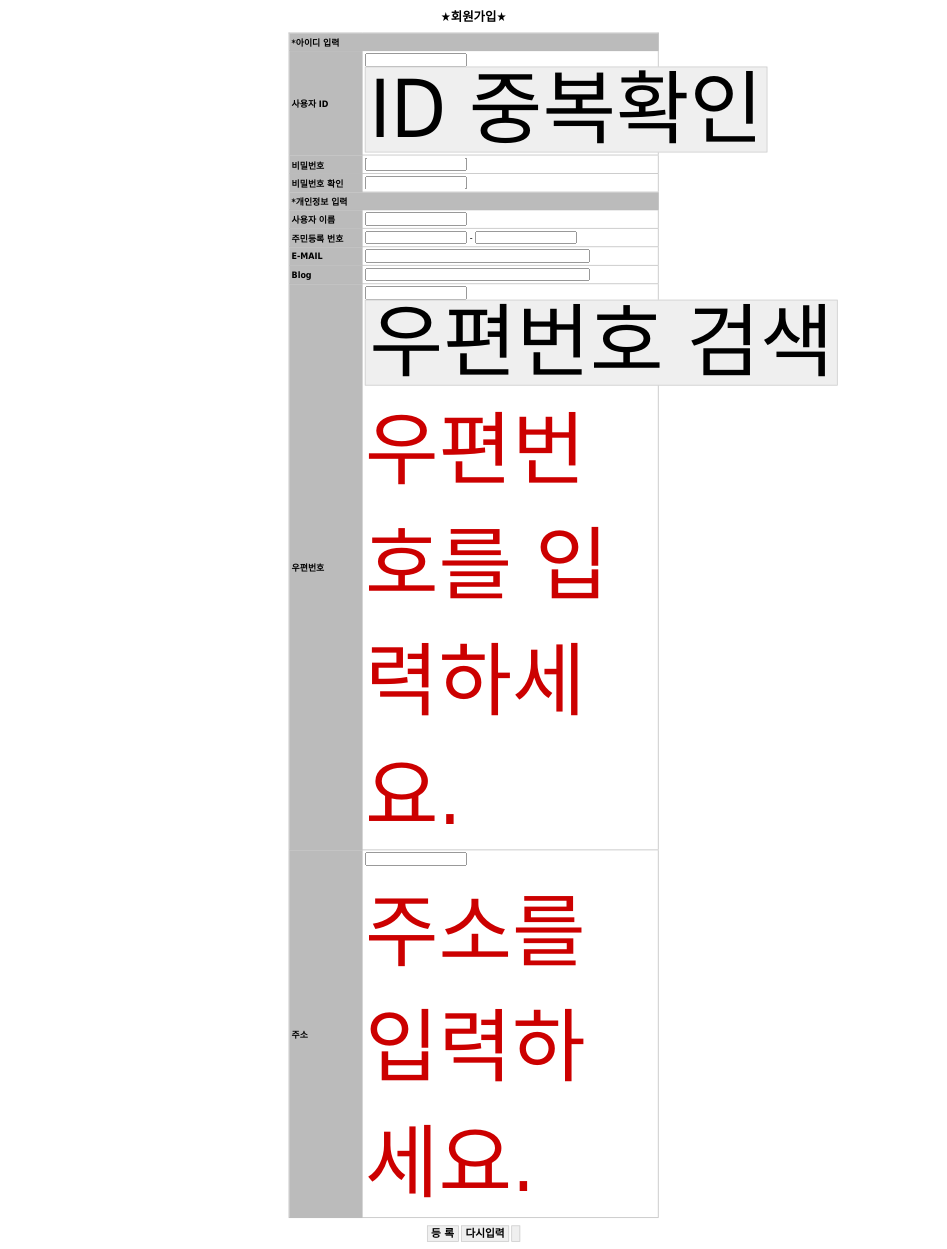
Repository: eParkjongtaek/lovedisket
Page: http://localhost/KH18_1/0904/inputForm.jsp
The author's editor kept a copy of each file at every save. The page is drawn from the files as they stood at one save, then again after the next save.
The browser window is 1280 px wide. The pictures show the whole page, at 74% of full size.
The page is served by Tomcat 9. Other server files are loaded and not shown.

Above is the page before, as saved 2017-09-04 04:33:25.

### source/KH18_1/WebContent/0904/inputForm.jsp
<%@ page language="java" contentType="text/html; charset=EUC-KR"
    pageEncoding="EUC-KR"%>
<!DOCTYPE html PUBLIC "-//W3C//DTD HTML 4.01 Transitional//EN" "http://www.w3.org/TR/html4/loose.dtd">
<html>
<head>
<meta http-equiv="Content-Type" content="text/html; charset=EUC-KR">
<title>회원가입</title>
<link href="style.css" rel="stylesheet" type="text/css" />

<script type="text/javascript">

function checkIt()
{
	var userinput = eval("document.userinput");
	if(!userinput.id.value)
	{
		alert("ID를 입력하세요!");
		return false;
	}

	if(!userinput.passwd.value)
	{
		alert("비밀번호를 입력하세요!");
		return false;
	}

	if(userinput.passwd.value != userinput.passwd2.value)
	{
		alert("비밀번호가 같아요~");
		return false;
	}

	if(!userinput.name.value)
	{
		alert("이름을 입력하세요!");
		return false;
	}

	if(!userinput.jumin1.value || !userinput.jumin2.value)
	{
		alert("주민등록번호를 입력하세요!");
		return false;
	}


}

</script>

</head>
<body>
<div id="wrap">
	<form action="inputPro.jsp" name="userinput" onsubmit="return checkIt();" method="post">

		<h1>★회원가입★</h1>
		<div id="body">

			<table width="500px;">

				<colgroup>
					<col width="20%"/>
					<col width="*"/>
				</colgroup>

				<tr>
					<th colspan="2" class="subTitle">*아이디 입력</th>
				</tr>
				<tr>
					<th>사용자 ID</th>
					<td>
						<input type="text" name="id" maxlength="12" />
						<input type="button" name="confirm_id" value="ID 중복확인" class="inputBtn" onclick="javascript:openConfirmid(this.form);" />
					</td>
				</tr>
				<tr>
					<th>비밀번호</th>
					<td>
						<input type="password" name="passwd" maxlength="12" />
					</td>
				</tr>
				<tr>
					<th>비밀번호 확인</th>
					<td>
						<input type="password" name="passwd2" maxlength="12" />
					</td>
				</tr>
				<tr>
					<th colspan="2" class="subTitle">*개인정보 입력</th>
				</tr>
				<tr>
					<th>사용자 이름</th>
					<td><input type="text" name="name" maxlength="10" />
				</tr>
				<tr>
					<th>주민등록 번호</th>
					<td>
						<input type="text" name="jumin1" maxlength="6" /> -
						<input type="password" name="jumin2" maxlength="7" />
					</td>
				</tr>
				<tr>
					<th>E-MAIL</th>
					<td>
						<input type="text" name="email" class="w300" maxlength="30" />
					</td>
				</tr>
				<tr>
					<th>Blog</th>
					<td>
						<input type="text" name="blog" class="w300" maxlength="50" />
					</td>
				</tr>
				<tr>
					<th>우편번호</th>
					<td>
						<input type="text" name="zipcode" /><input type="button" value="우편번호 검색" class="inputBtn" onclick="javascript:zipCheck();" />
						<span>우편번호를 입력하세요.</span>
					</td>
				</tr>
				<tr>
					<th>주소</th>
					<td>
						<input type="text" name="address" class="w380" />
						<span class="descB">주소를 입력하세요.</span>
					</td>
				</tr>
			</table>
		</div>
		<div id="footer">
			<input type="submit" name="confirm" class="inputBtn" value="등 록" />
			<input type="reset" name="reset" class="inputBtn" value="다시입력" />
			<input type="button" class="inputBtn" onclick="javascript:window.location='main.jsp'" />
		</div>

	</form>
</div>
</body>
</html>

### source/KH18_1/WebContent/0904/style.css
* {padding:0;margin:0;}
html {font-family: Tahoma, Dotum, "돋움"; font-size: 0.75em; }
body {font-size:1em;text-align:left;}
#wrap {width:500px; margin:0 auto; text-align:left;}
#footer {text-align:center; padding:10px 0;}
#footer input {vertical-align:middle;}
fieldset {border:none;}
legend {display:none; visibility:hidden;}
table {table-layout: fixed; border-collapse: collapse; padding: 0; border-style:solid; border-width:1px 1px 0 1px; border-color:#bbb;}
th {text-align:left; padding:3px; border-collapse:0; border-style:solid; border-width:0 0 1px 0;border-color:#bbb; background:#bbb;}
td {text-align:left; border-collapse:0; border-style:solid; border-width:0 0 1px 0; border-color:#bbb;padding:3px;}
input {font-family:Tahoma, Dotum, "돋움"; font-size:1em;}
td span {font-size:9em; color:#cc0000;}
h1 {font-size:1.4em; text-align:center; padding:10px 0;}
.w300 {width:300px;}
.w380 {wdith:380px;}
.descB {padding:2px 0; display:block;}
th .subTitle {color:#339900; background:#fff !important; padding:8px 0 8px 5px;}
.inputBtn {border:1px solid #ccc; padding:3px 5px; line-height:1em; font-size:9em;}
#footer .inputBtn {font-size:1.2em; font-weight:bold;}

After the next save:
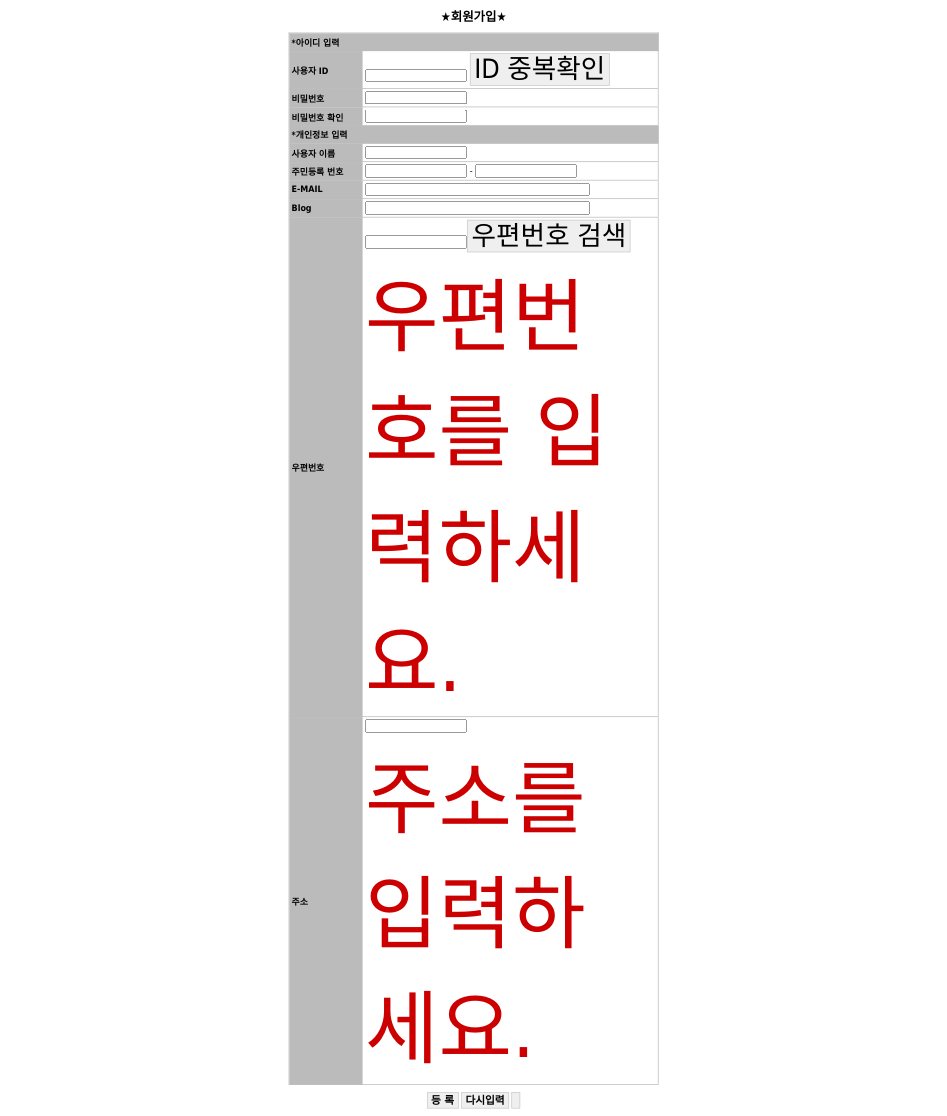
Saved 92 s later.
--- a/source/KH18_1/WebContent/0904/style.css
+++ b/source/KH18_1/WebContent/0904/style.css
@@ -16,5 +16,5 @@
 .w380 {wdith:380px;}
 .descB {padding:2px 0; display:block;}
 th .subTitle {color:#339900; background:#fff !important; padding:8px 0 8px 5px;}
-.inputBtn {border:1px solid #ccc; padding:3px 5px; line-height:1em; font-size:9em;}
+.inputBtn {border:1px solid #ccc; padding:3px 5px; line-height:1em; font-size:3em;}
 #footer .inputBtn {font-size:1.2em; font-weight:bold;}

After the save that followed:
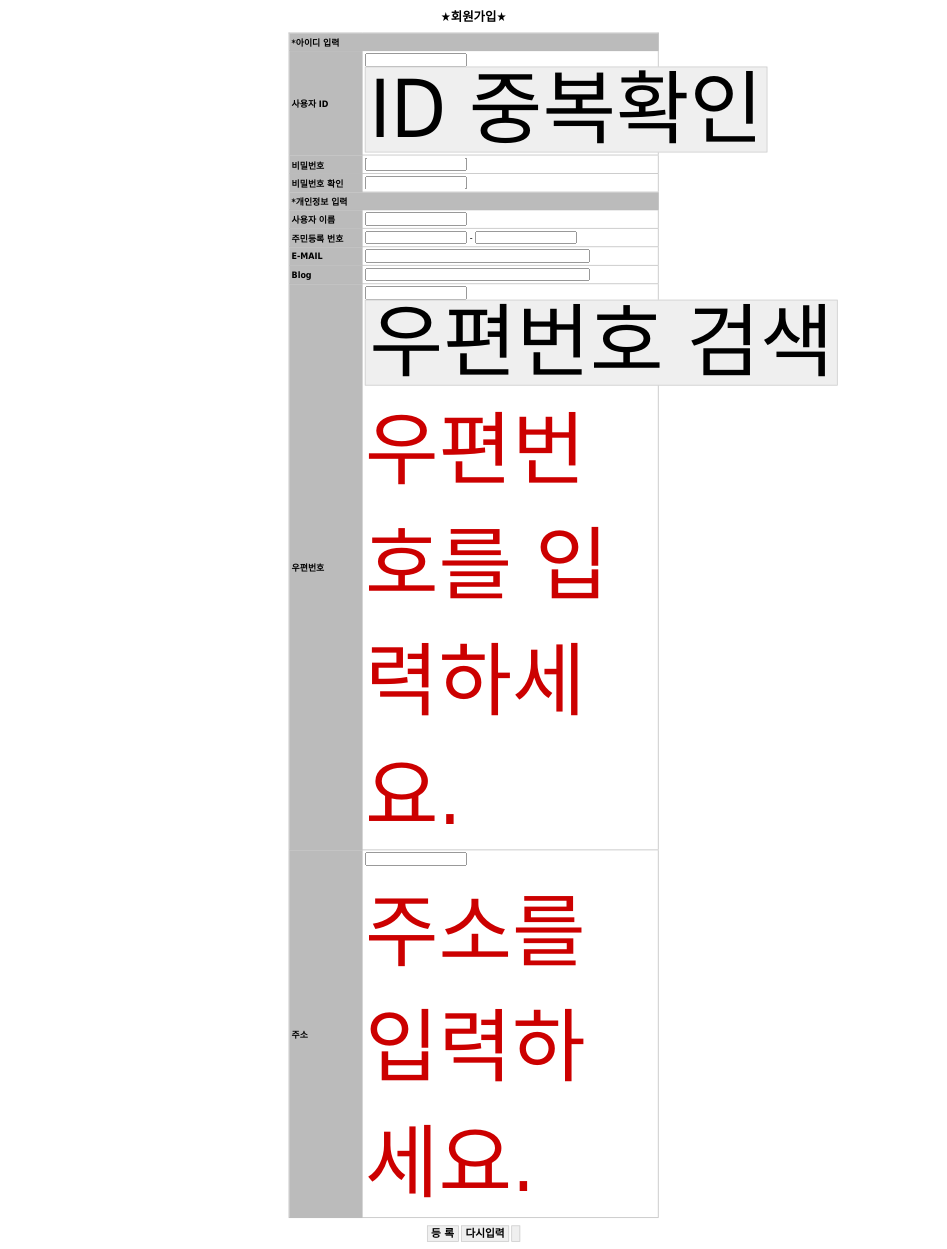
Saved 11 s later.
--- a/source/KH18_1/WebContent/0904/style.css
+++ b/source/KH18_1/WebContent/0904/style.css
@@ -16,5 +16,5 @@
 .w380 {wdith:380px;}
 .descB {padding:2px 0; display:block;}
 th .subTitle {color:#339900; background:#fff !important; padding:8px 0 8px 5px;}
-.inputBtn {border:1px solid #ccc; padding:3px 5px; line-height:1em; font-size:3em;}
+.inputBtn {border:1px solid #ccc; padding:3px 5px; line-height:1em; font-size:9em;}
 #footer .inputBtn {font-size:1.2em; font-weight:bold;}
